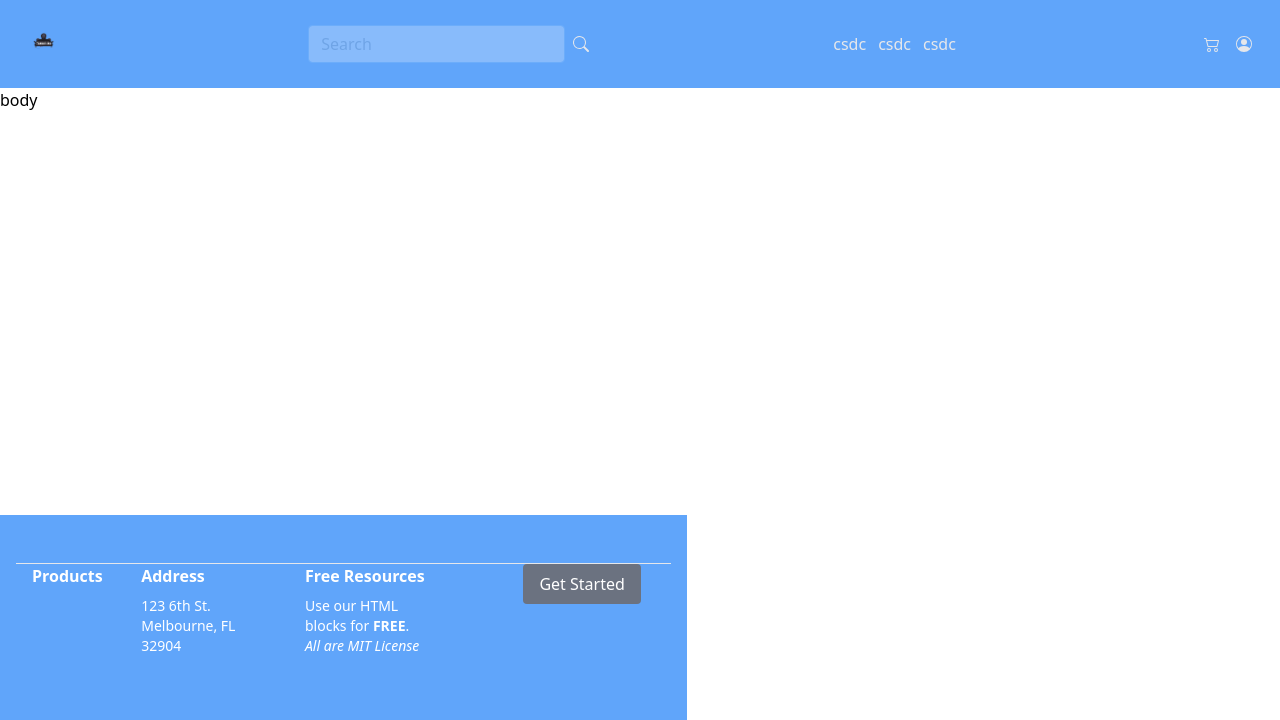
Repository: DevLaukey/Jitu-final
Page: / (app in frontend/)
These files come from the project's save history. The page is drawn as it stood at one moment and after the next save; the edit follows.
The browser window is 1280 px wide. The pictures show the whole page.
The project was rebuilt for these pictures with package versions that can differ from the ones it lists, and the page was loaded fresh each time.

Above is the page before, as saved 2022-07-13 14:11:28.

After the next save:
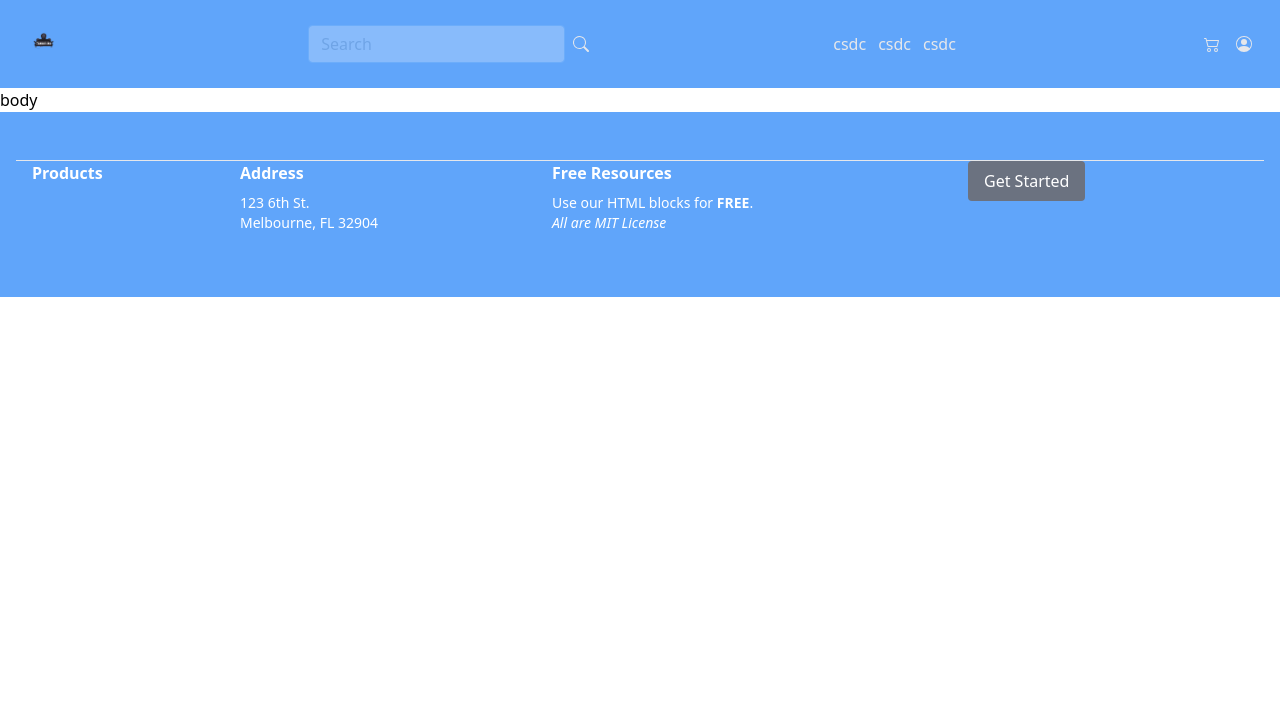
Saved 12 s later.
--- a/frontend/src/components/Footer.js
+++ b/frontend/src/components/Footer.js
@@ -2,7 +2,7 @@
 
 function Footer() {
   return (
-      <footer class="footer-1 fixed bottom-0 text-white bg-blue-400 py-8 sm:py-12">
+      <footer class="footer-1 bottom-0 text-white bg-blue-400 py-8 sm:py-12">
       <div class="container mx-auto px-4">
 
         <div class="sm:flex sm:flex-wrap border-t">

After the save that followed:
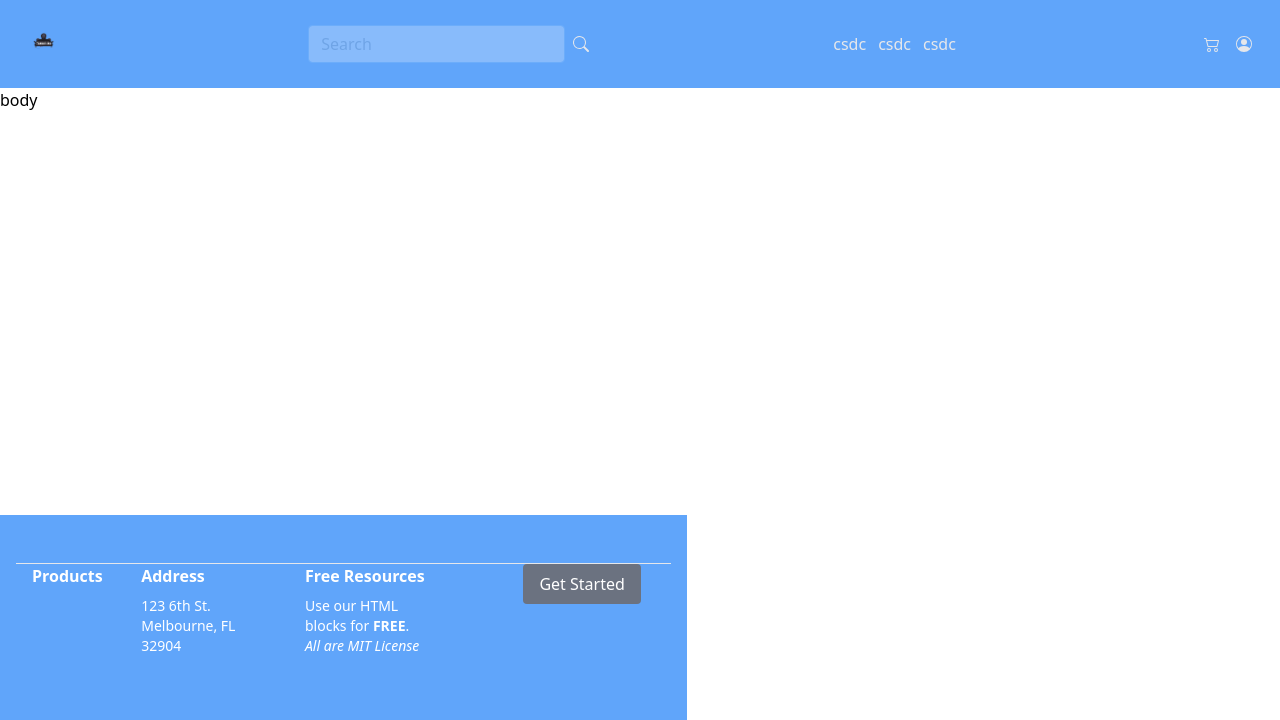
Saved 45 s later.
--- a/frontend/src/components/Footer.js
+++ b/frontend/src/components/Footer.js
@@ -2,7 +2,7 @@
 
 function Footer() {
   return (
-      <footer class="footer-1 bottom-0 text-white bg-blue-400 py-8 sm:py-12">
+      <footer class="footer-1 absolute bottom-0 text-white bg-blue-400 py-8 sm:py-12">
       <div class="container mx-auto px-4">
 
         <div class="sm:flex sm:flex-wrap border-t">
